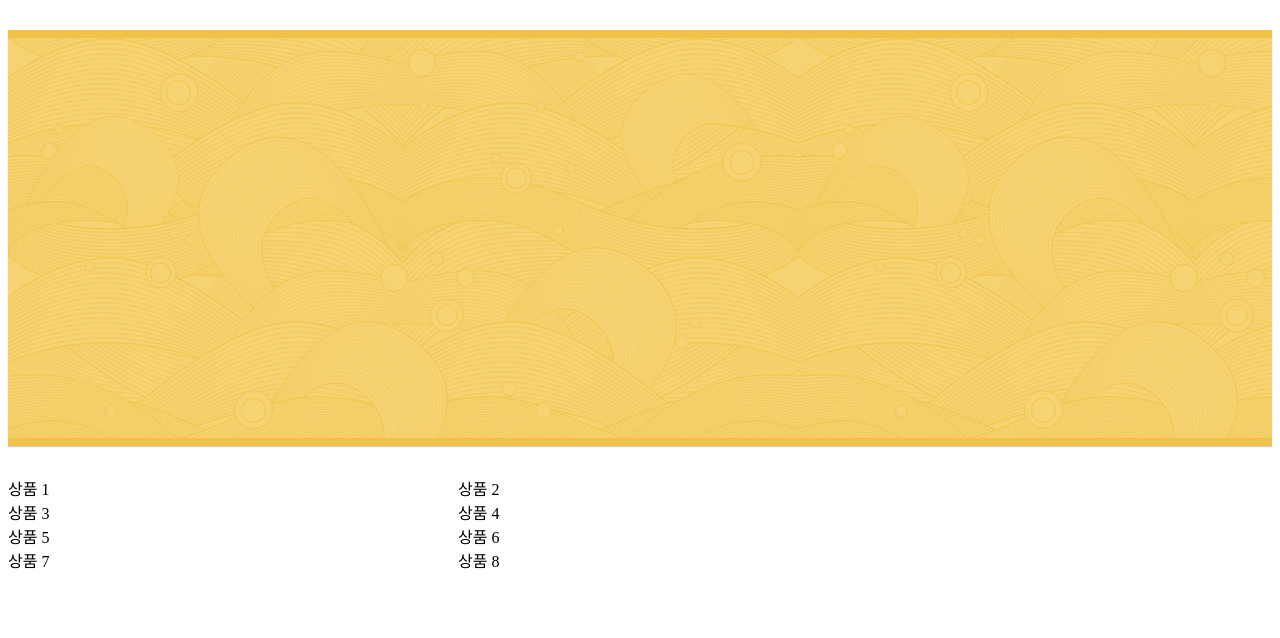
Repository: fellownew/project_workspace
Page: http://localhost/shoppingmall/WEB-INF/view/body/main.jsp
The author's editor kept a copy of each file at every save. The page is drawn from the files as they stood at one save, then again after the next save.
The browser window is 1280 px wide. The pictures show the whole page.
The page is served by Tomcat 9. Nobody is signed in. The template is opened directly, without the code that normally fills it, so the values that code supplies are empty.

Above is the page before, as saved 2015-06-03 08:08:21.

After the next save:
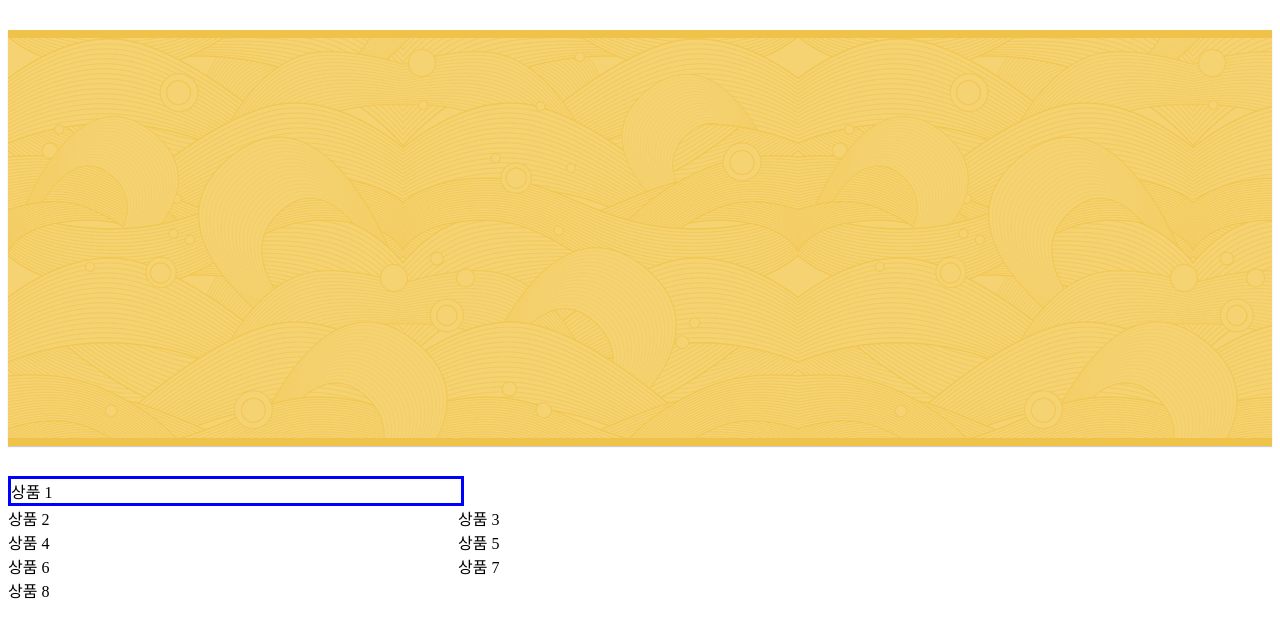
Saved 39 s later.
--- a/shoppingmall/WebContent/WEB-INF/view/body/main.jsp
+++ b/shoppingmall/WebContent/WEB-INF/view/body/main.jsp
@@ -38,7 +38,7 @@
 			</div>
         </div>
 		<div id="productTable" style="width:900px;margin:0auto">
-			<div style="width:450px;float:left;border-color: blue;">상품 1</div>
+			<div style="width:450px;float:left;border-style:solid; ;border-color: blue;">상품 1</div>
 			<div style="width:450px;float:left;border-color: blue;">상품 2</div>
 			<div style="width:450px;float:left;border-color: blue;">상품 3</div>
 			<div style="width:450px;float:left;border-color: blue;">상품 4</div>
